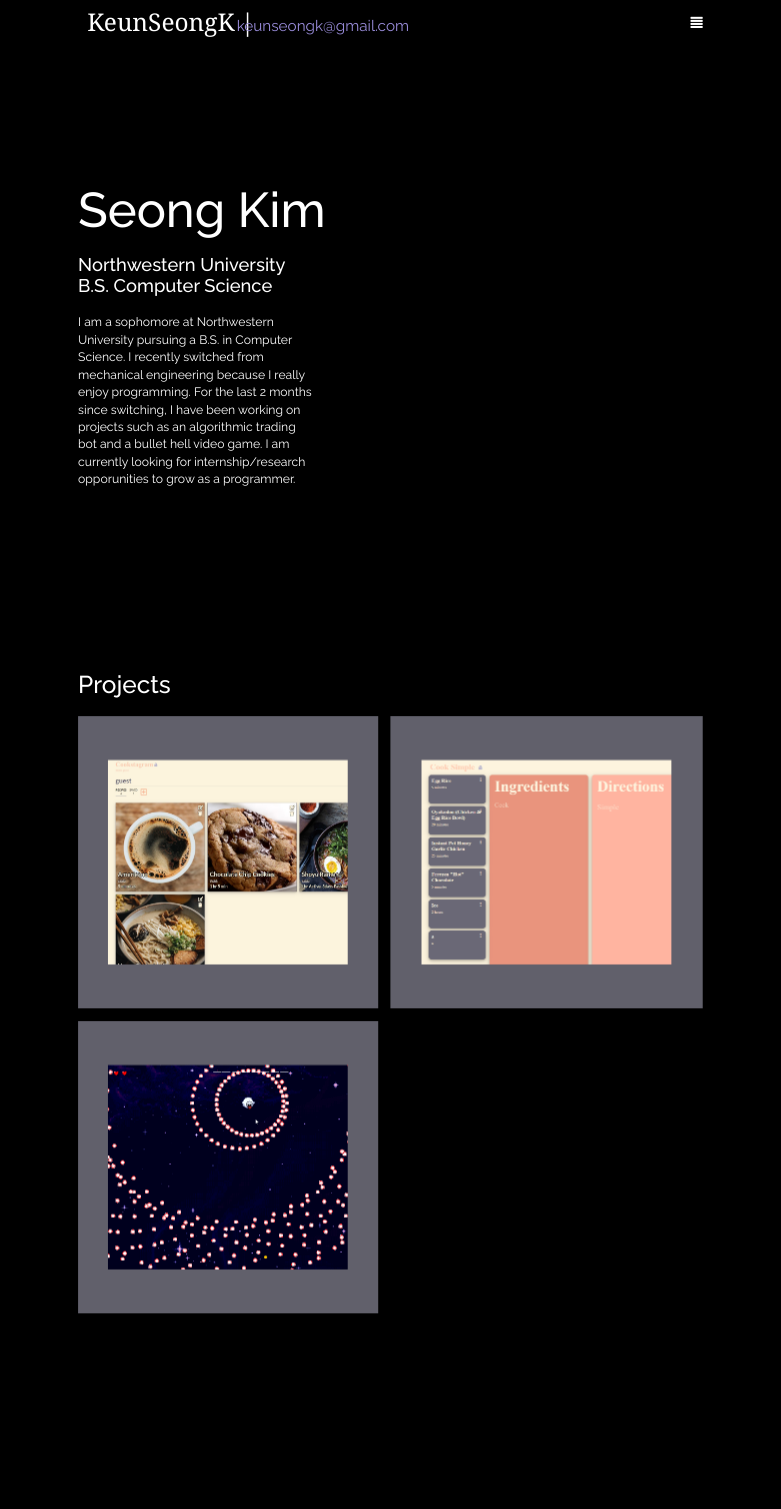
Repository: oqueuo/personal-site
Page: index.html
The author's editor kept a copy of each file at every save. The page is drawn from the files as they stood at one save, then again after the next save.
The browser window is 1280 px wide. The pictures show the whole page, at 61% of full size.

Above is the page before, as saved 2020-09-21 19:26:54.

After the next save:
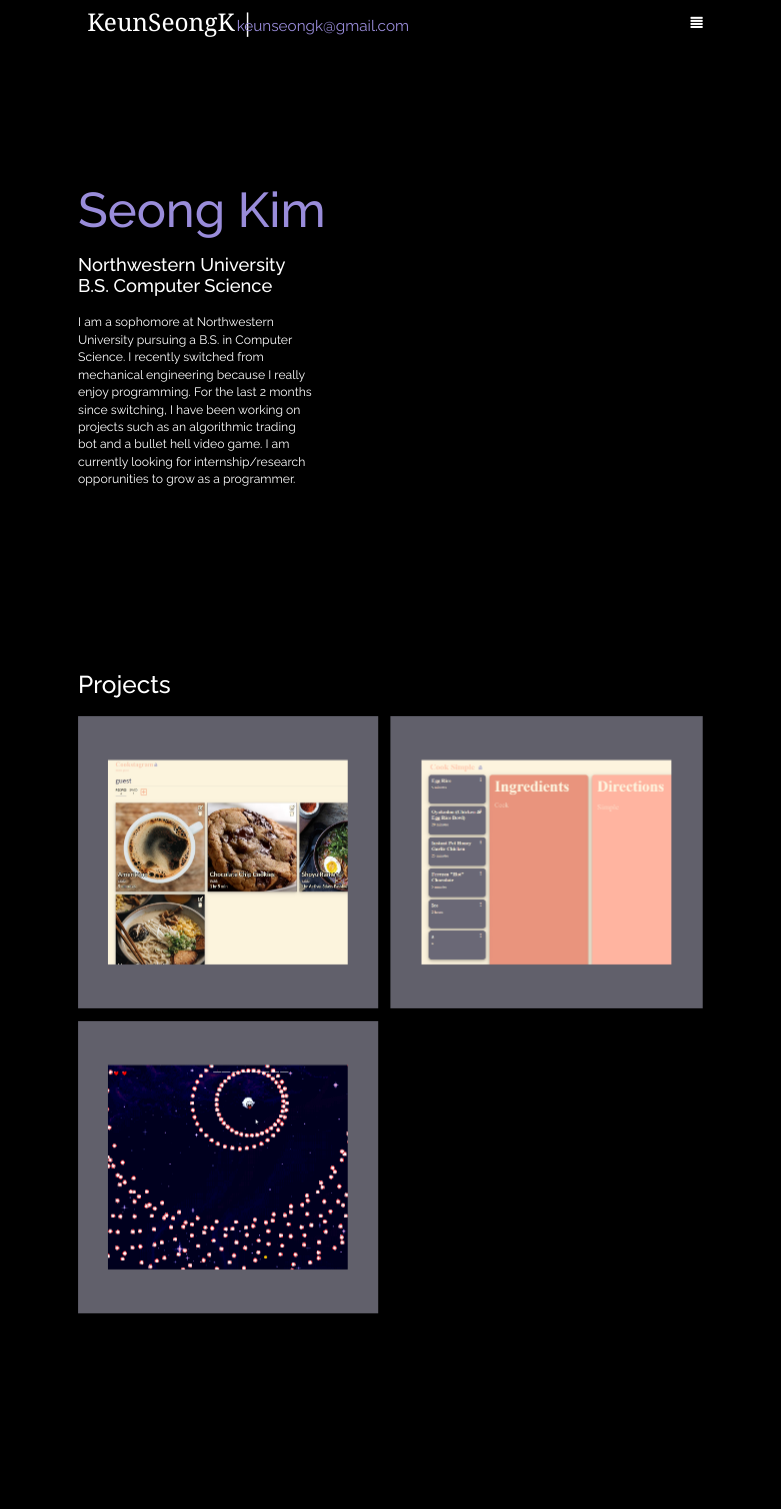
Saved 36 s later.
--- a/styles.css
+++ b/styles.css
@@ -56,7 +56,7 @@
     font-size: 25px;
     padding-right: 15px;
 }
-ul a, #email, .more-info-on-github {
+ul a, #email, .more-info-on-github, h1 {
     text-decoration: none;
     color: rgb(153, 140, 218);
 }

After the 2 saves that followed:
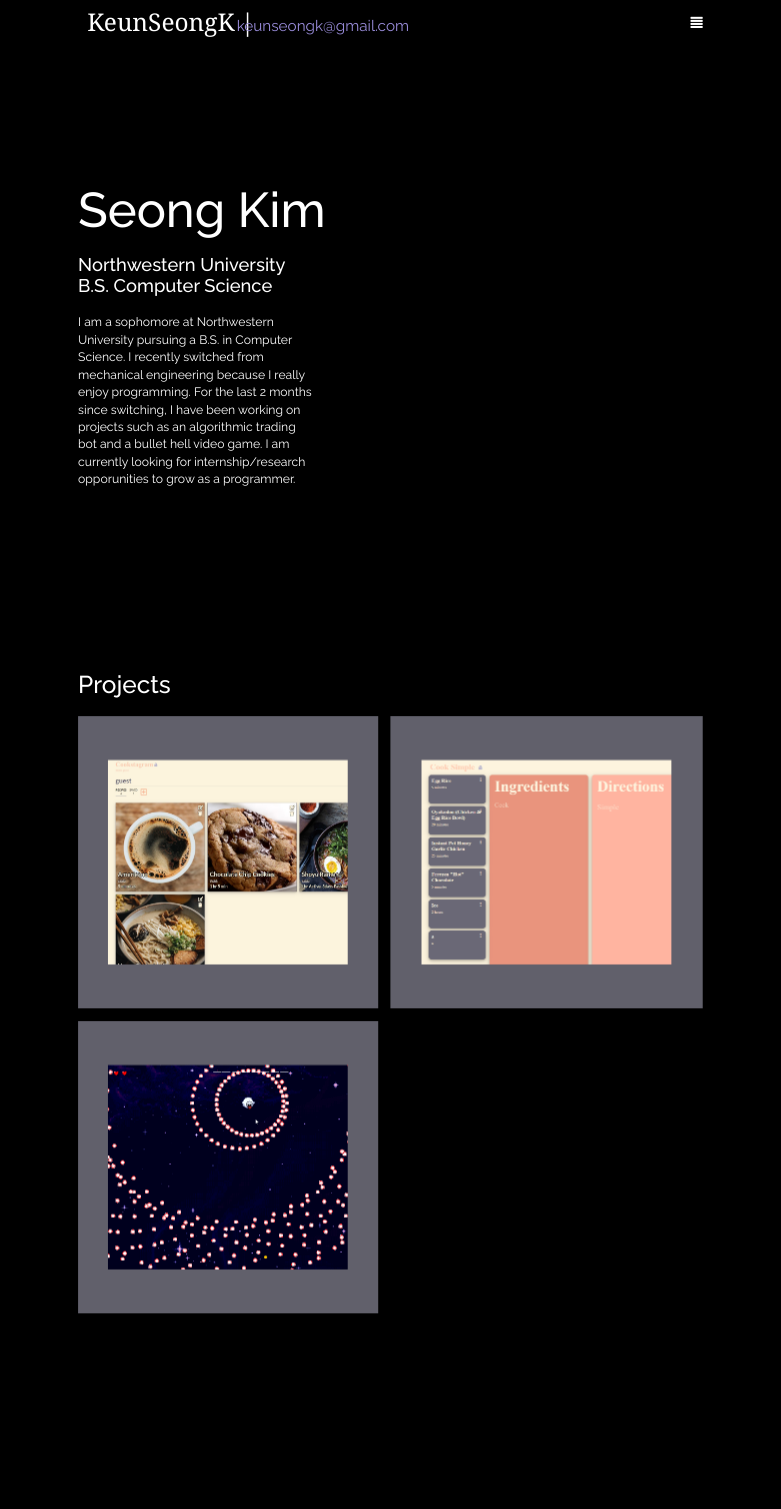
The 2 saves are shown as one change because 1 left the picture as it was.
The last was saved 11 s later.
--- a/styles.css
+++ b/styles.css
@@ -56,7 +56,7 @@
     font-size: 25px;
     padding-right: 15px;
 }
-ul a, #email, .more-info-on-github, h1 {
+ul a, #email, .more-info-on-github {
     text-decoration: none;
     color: rgb(153, 140, 218);
 }
